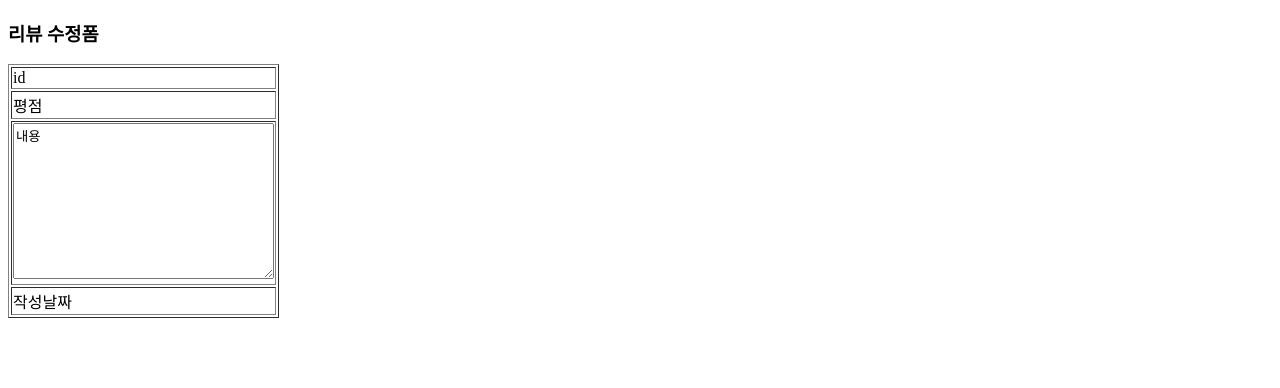
Repository: homerking-092/project
Page: http://localhost/MovieProject/review/review_update_form.jsp
An editor plug-in stored every save of this project. The page is shown before and after the next save, followed by the edit.
The browser window is 1280 px wide. The pictures show the whole page.
The page is served by Tomcat 9. Other server files are loaded and not shown.

Above is the page before, as saved 2021-08-15 09:43:55.

### MovieProject/WebContent/review/review_update_form.jsp
<%@ page language="java" contentType="text/html; charset=EUC-KR"
    pageEncoding="EUC-KR"%>
<!DOCTYPE html>
<html>
<head>
<meta charset="EUC-KR">
<title>Insert title here</title>
</head>
<body>
	<h3>리뷰 수정폼</h3>

	<table border="1">
		<tr>
			<td>id</td>
		</tr>
		<tr>
			<td>평점</td>
		</tr>
		<tr>
			<td><textarea rows="10" cols="30">내용</textarea></td>

		</tr>
		<tr>
			<td>작성날짜</td>

		</tr>

	</table>
</body>
</html>

After the next save:
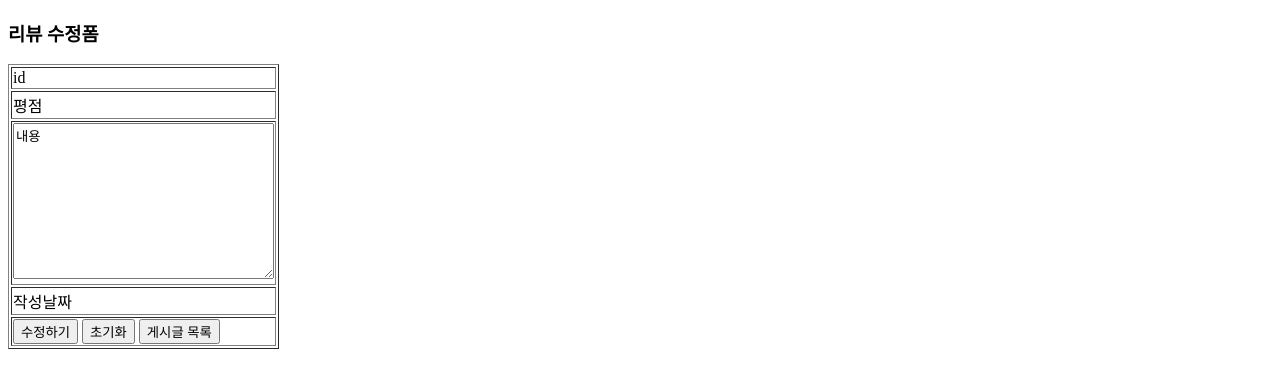
Saved 72 s later.
--- a/MovieProject/WebContent/review/review_update_form.jsp
+++ b/MovieProject/WebContent/review/review_update_form.jsp
@@ -22,9 +22,15 @@
 		</tr>
 		<tr>
 			<td>작성날짜</td>
-
 		</tr>
-
+		<tr>
+			<td>
+				<input type="submit" value="수정하기">
+				<input type="reset" value="초기화">
+				<a href="/MyFirstWeb/boardselect.do">
+				<input type="button" value="게시글 목록"></a>
+			</td>
+		</tr>
 	</table>
 </body>
 </html>
